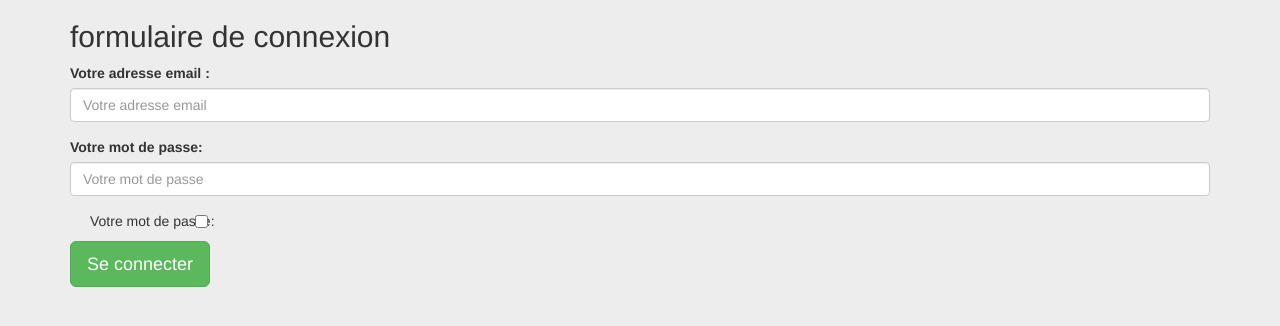
Repository: lemzoo/formation_Java8
Page: EspaceMembre/srcPHP/formulaireConnexion.html
The author's editor kept a copy of each file at every save. The page is drawn from the files as they stood at one save, then again after the next save.
The browser window is 1280 px wide. The pictures show the whole page.

Above is the page before, as saved 2016-06-10 15:21:41.

After the next save:
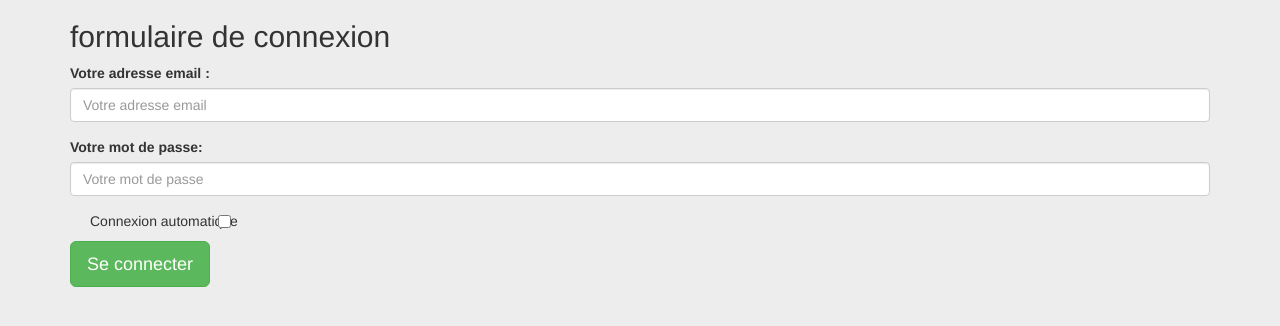
Saved 113 s later.
--- a/EspaceMembre/srcPHP/formulaireConnexion.html
+++ b/EspaceMembre/srcPHP/formulaireConnexion.html
@@ -28,7 +28,7 @@
       <input type="password" class="form-control" name="passwordSaisi" placeholder="Votre mot de passe">
     </div>
     <div class="checkbox">
-   	  <label for="passwordSaisi">Votre mot de passe:</label>
+   	  <label for="connexionAuto">Connexion automatique</label>
       <!-- <label><input type="checkbox" name="connexionAuto"> Connexion automatique</label>-->
       <input type="checkbox" name="connexionAuto"/>
     </div>
